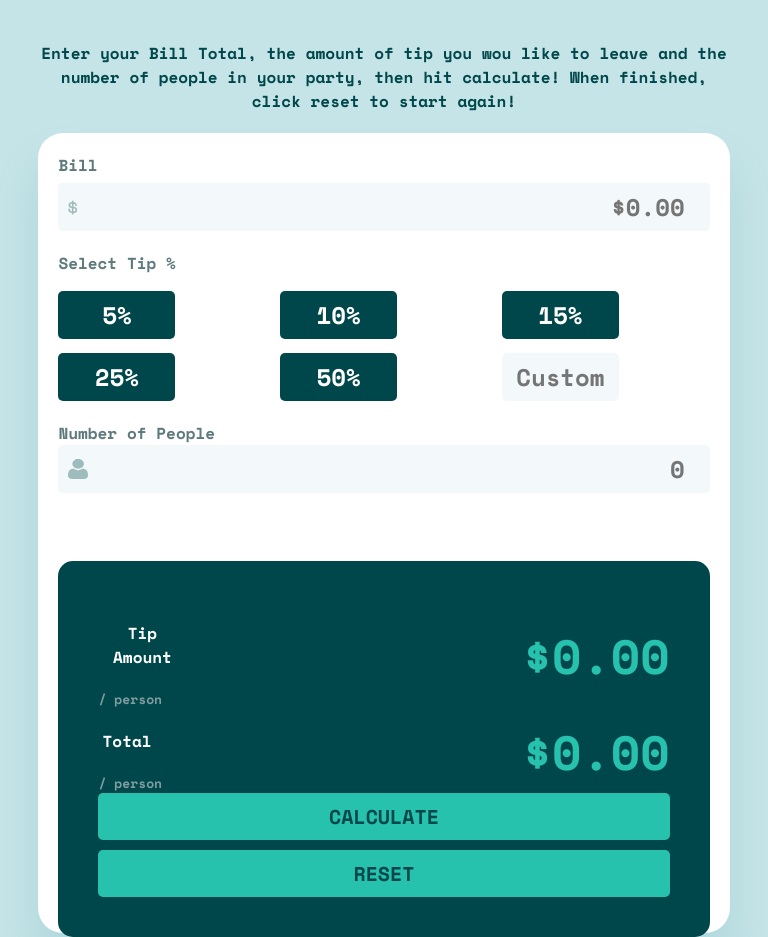
Repository: brandontaylor1/splitter
Page: index.html
An editor plug-in stored every save of this project. The page is shown before and after the next save, followed by the edit.
The browser window is 768 px wide. The pictures show the whole page.

Above is the page before, as saved 2025-02-07 14:09:20.

After the next save:
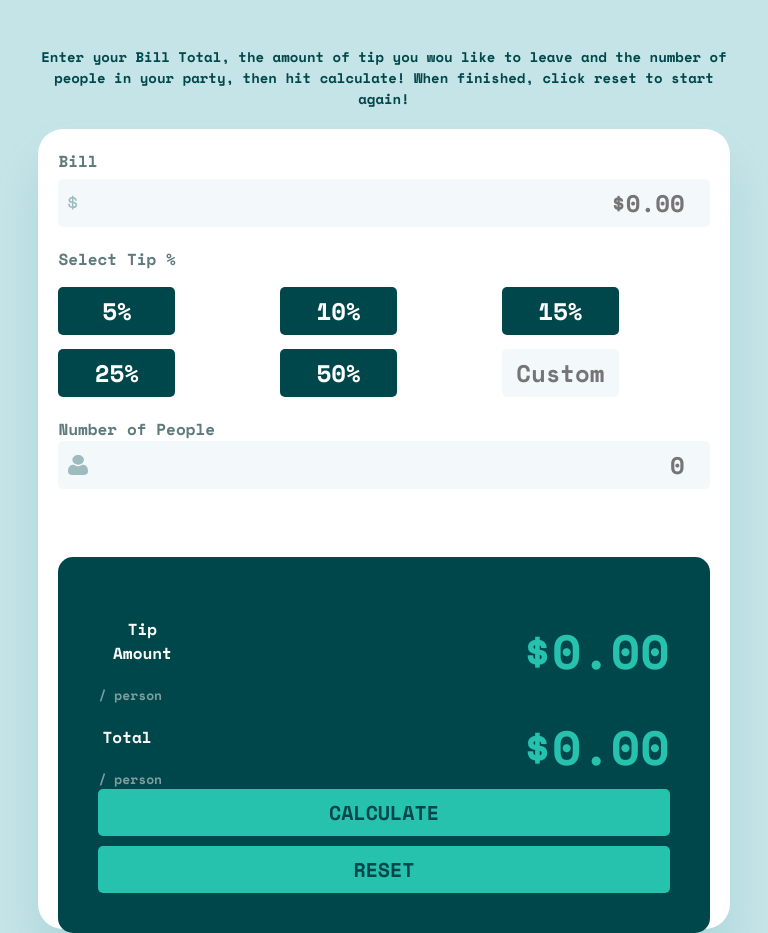
Saved 6 s later.
--- a/styles.css
+++ b/styles.css
@@ -310,7 +310,7 @@ input {
         width: 90%;
         text-align: center;
         color: #00474B;
-        font-size: 16px;
+        font-size: 14px;
         font-weight: 700;
         margin: 20px 0;
     }
